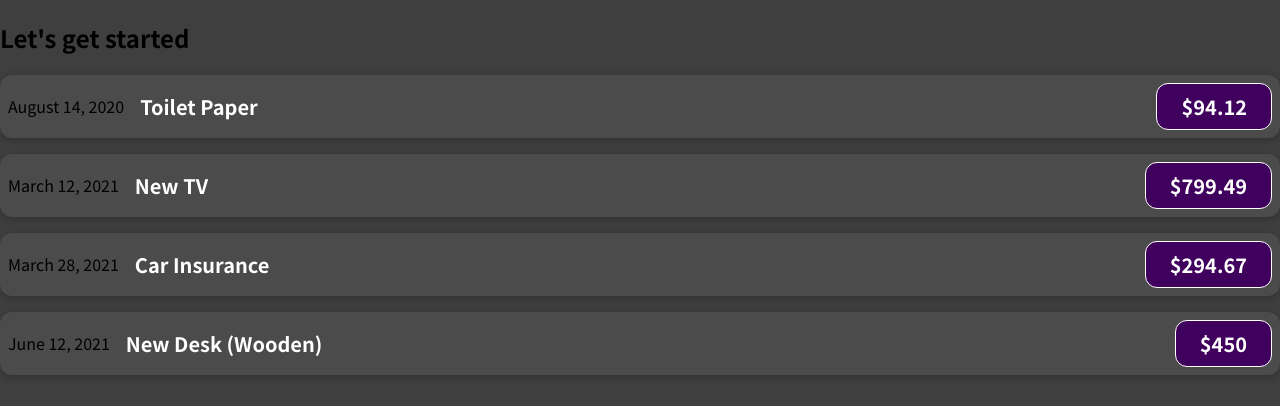
Repository: runner855/expense-tracker
Page: /
The author's editor kept a copy of each file at every save. The page is drawn from the files as they stood at one save, then again after the next save.
The browser window is 1280 px wide. The pictures show the whole page.
The project was rebuilt for these pictures with package versions that can differ from the ones it lists, and the page was loaded fresh each time.

Above is the page before, as saved 2022-09-02 12:28:29.

### src/index.js
import React from 'react';
import ReactDOM from 'react-dom/client';
import expenses from './data/expenses.json';
import './styles/index.css';
import App from './components/App';

const root = ReactDOM.createRoot(document.getElementById('root'));
root.render(
  <React.StrictMode>
    <App expenses={expenses.expenses} />
  </React.StrictMode>
);

### src/data/expenses.json
{
  "expenses": [
    {
      "id": "e1",
      "title": "Toilet Paper",
      "amount": 94.12,
      "date": "new Date(2020, 7, 14)"
    },
    {
      "id": "e2",
      "title": "New TV",
      "amount": 799.49,
      "date": "new Date(2021, 2, 12)"
    },
    {
      "id": "e3",
      "title": "Car Insurance",
      "amount": 294.67,
      "date": "new Date(2021, 2, 28)"
    },
    {
      "id": "e4",
      "title": "New Desk (Wooden)",
      "amount": 450,
      "date": "new Date(2021, 5, 12)"
    }
  ]
}

### src/components/App.js
import React from 'react';
import ExpenseItem from '../components/ExpenseItem';


const App = () => {


  const expenses = [
    {
      id: 'e1',
      title: 'Toilet Paper',
      amount: 94.12,
      date: new Date(2020, 7, 14),
    },
    { id: 'e2', title: 'New TV', amount: 799.49, date: new Date(2021, 2, 12) },
    {
      id: 'e3',
      title: 'Car Insurance',
      amount: 294.67,
      date: new Date(2021, 2, 28),
    },
    {
      id: 'e4',
      title: 'New Desk (Wooden)',
      amount: 450,
      date: new Date(2021, 5, 12),
    },
  ];

  return (
    <div className="App">
      <h2>Let's get started</h2>
      <ExpenseItem title={expenses[0].title} amount={expenses[0].amount} date={expenses[0].date} />
      <ExpenseItem title={expenses[1].title} amount={expenses[1].amount} date={expenses[1].date} />
      <ExpenseItem title={expenses[2].title} amount={expenses[2].amount} date={expenses[2].date} />
      <ExpenseItem title={expenses[3].title} amount={expenses[3].amount} date={expenses[3].date} />



    </div>
  );
}

export default App;

### src/components/ExpenseItem.js
import React from 'react';
import '../styles/ExpenseItem.css'
import moment from 'moment';


const ExpenseItem = (props) => {
  console.log(props)
  const expenseDate = new Date(2021, 2, 28);
  const formattedDate = moment(expenseDate).format('LL')
  const expenseTitle = 'Car Insurance';
  const expenseAmount = 294.67;
  return (
    <div className='expense-item'>
      <div>{moment(props.date).format('LL')}</div>
      <div className='expense-item__description'>
        <h2>{props.title}</h2>
        <div className='expense-item__price'>${props.amount}</div>
      </div>
    </div>
  );
}

export default ExpenseItem;

### src/styles/ExpenseItem.css
.expense-item {
  display: flex;
  justify-content: space-between;
  align-items: center;
  box-shadow: 0 2px 8px rgba(0, 0, 0, 0.25);
  padding: 0.5rem;
  margin: 1rem 0;
  border-radius: 12px;
  background-color: #4b4b4b;
}

.expense-item__description {
  display: flex;
  flex-direction: column;
  gap: 1rem;
  align-items: flex-end;
  flex-flow: column-reverse;
  justify-content: flex-start;
  flex: 1;
}

.expense-item h2 {
  color: #3a3a3a;
  font-size: 1rem;
  flex: 1;
  margin: 0 1rem;
  color: white;
}

.expense-item__price {
  font-size: 1rem;
  font-weight: bold;
  color: white;
  background-color: #40005d;
  border: 1px solid white;
  padding: 0.5rem;
  border-radius: 12px;
}

@media (min-width: 580px) {
  .expense-item__description {
    flex-direction: row;
    align-items: center;
    justify-content: flex-start;
    flex: 1;
  }

  .expense-item__description h2 {
    font-size: 1.25rem;
  }

  .expense-item__price {
    font-size: 1.25rem;
    padding: 0.5rem 1.5rem;
  }
}

Loaded but not shown: public/index.html (common file); src/styles/index.css (common file)

After the next save:
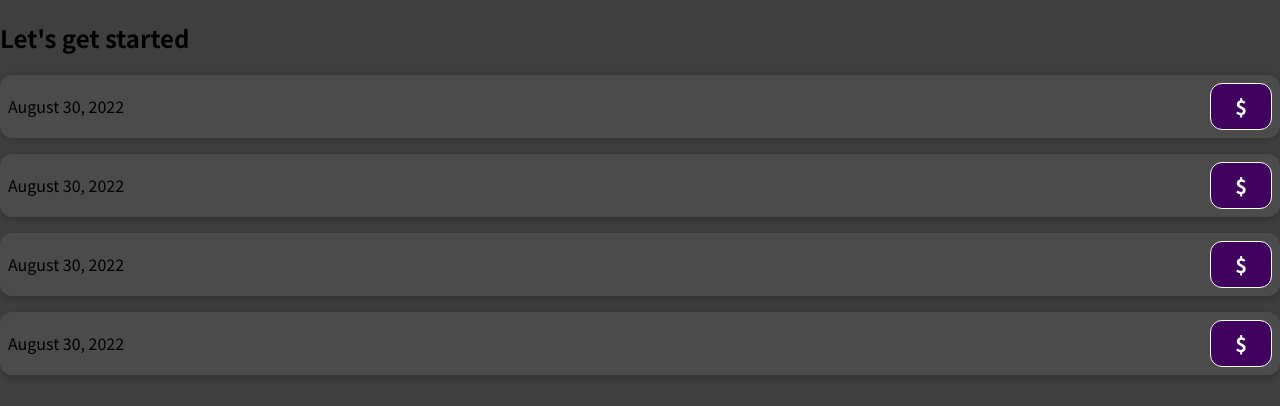
Saved 47 s later.
--- a/src/components/App.js
+++ b/src/components/App.js
@@ -30,10 +30,10 @@ const App = () => {
   return (
     <div className="App">
       <h2>Let's get started</h2>
-      <ExpenseItem title={expenses[0].title} amount={expenses[0].amount} date={expenses[0].date} />
-      <ExpenseItem title={expenses[1].title} amount={expenses[1].amount} date={expenses[1].date} />
-      <ExpenseItem title={expenses[2].title} amount={expenses[2].amount} date={expenses[2].date} />
-      <ExpenseItem title={expenses[3].title} amount={expenses[3].amount} date={expenses[3].date} />
+      <ExpenseItem />
+      <ExpenseItem />
+      <ExpenseItem />
+      <ExpenseItem />
 
 
 
